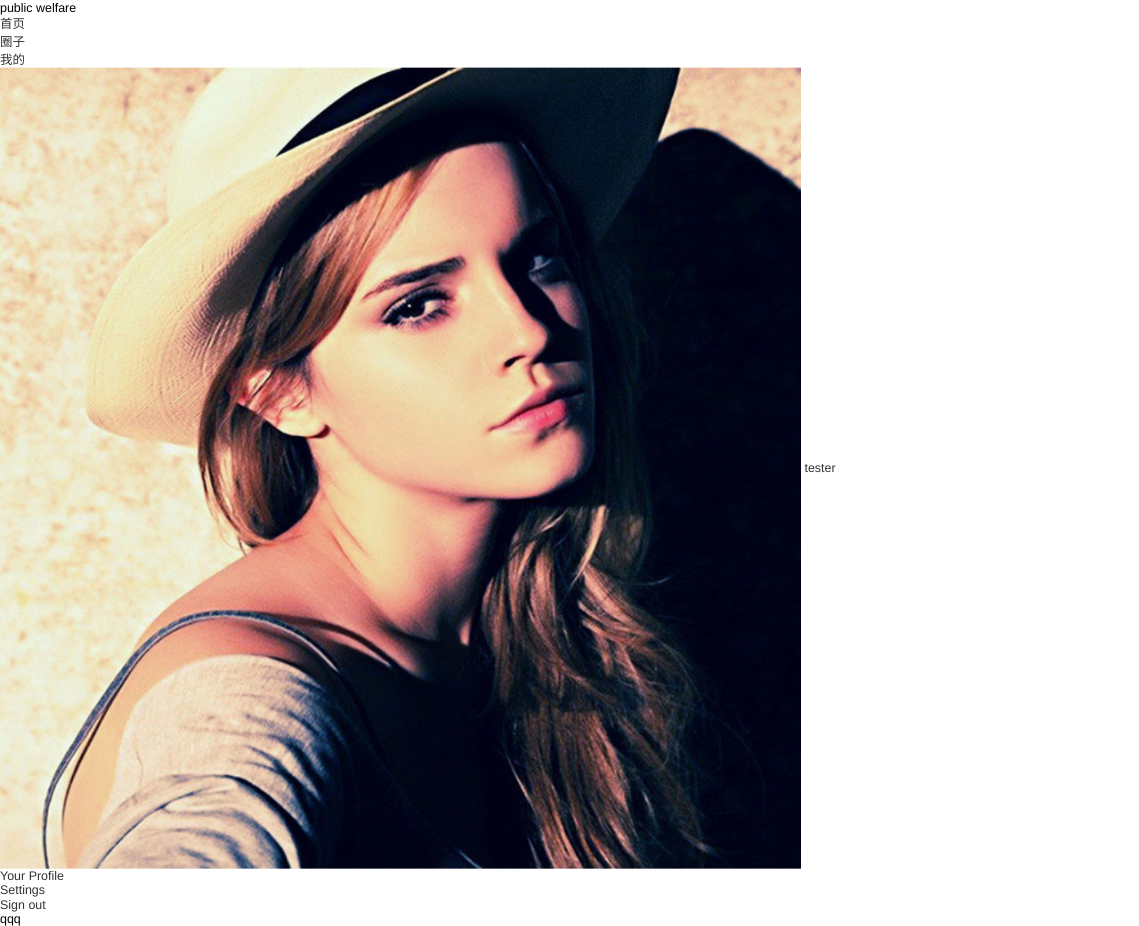
Repository: wjiawei97/FrontEndExercises
Page: 6. bigEvent/index.html
These files come from the project's save history. The page is drawn as it stood at one moment and after the next save; the edit follows.
The browser window is 1280 px wide. The pictures show the whole page, at 89% of full size.

Above is the page before, as saved 2021-08-12 06:31:42.

After the next save:
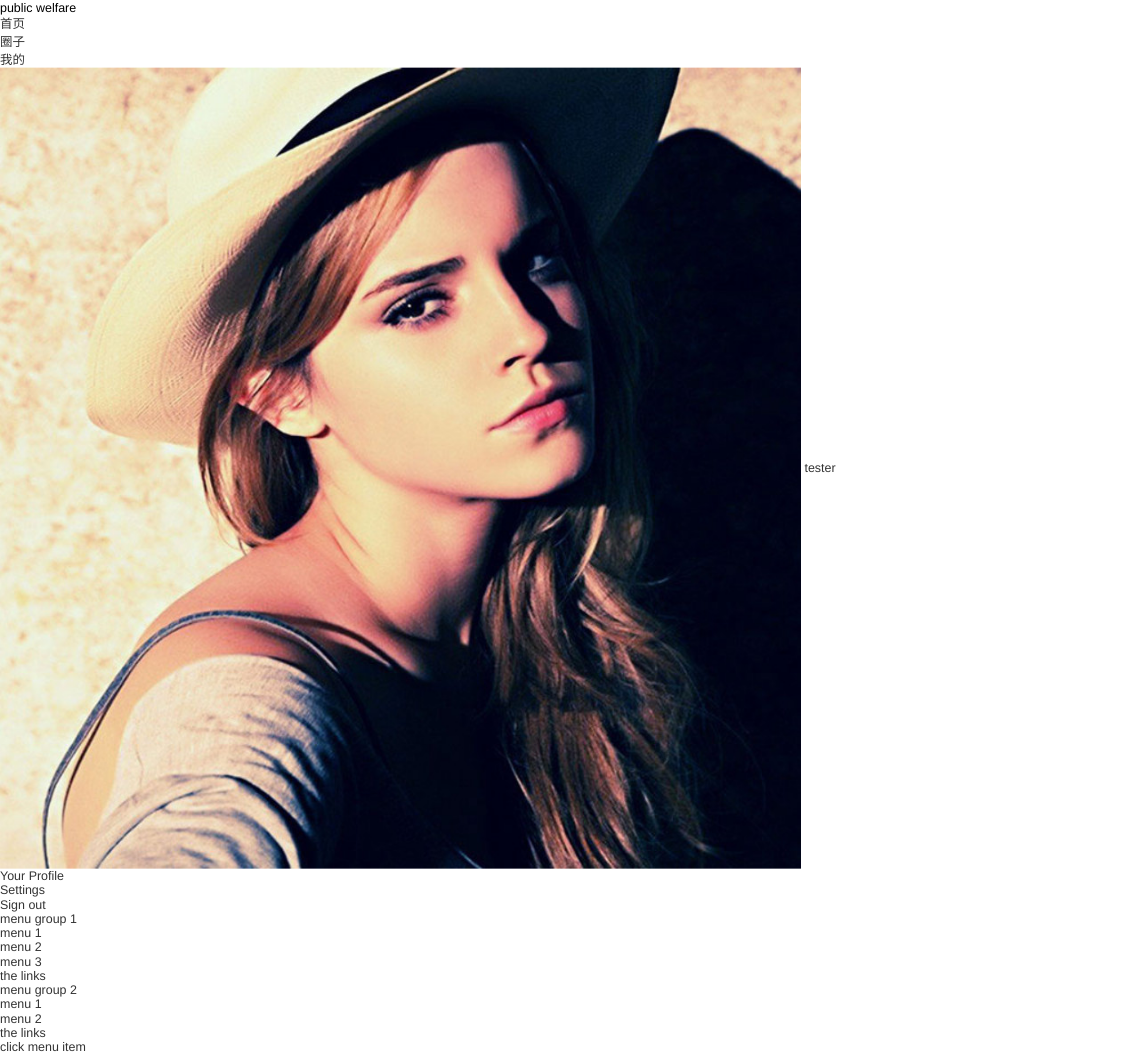
Saved 6 min 50 s later.
--- a/6. bigEvent/index.html
+++ b/6. bigEvent/index.html
@@ -52,7 +52,26 @@
         <!-- 左侧侧边栏区域 -->
         <div class="pb-side pb-bg-black">
             <div class="pb-side-scroll">
-                <ul class="pb-nav pb-nav-tree">qqq</ul>
+                <ul class="pb-nav pb-nav-tree">
+                    <li class="layui-nav-item layui-nav-itemed">
+                        <a class="" href="javascript:;">menu group 1</a>
+                        <dl class="layui-nav-child">
+                          <dd><a href="javascript:;">menu 1</a></dd>
+                          <dd><a href="javascript:;">menu 2</a></dd>
+                          <dd><a href="javascript:;">menu 3</a></dd>
+                          <dd><a href="">the links</a></dd>
+                        </dl>
+                      </li>
+                      <li class="layui-nav-item">
+                        <a href="javascript:;">menu group 2</a>
+                        <dl class="layui-nav-child">
+                          <dd><a href="javascript:;">menu 1</a></dd>
+                          <dd><a href="javascript:;">menu 2</a></dd>
+                          <dd><a href="">the links</a></dd>
+                        </dl>
+                      </li>
+                      <li class="layui-nav-item"><a href="javascript:;">click menu item</a></li>
+                </ul>
             </div>
         </div>
     </div>
